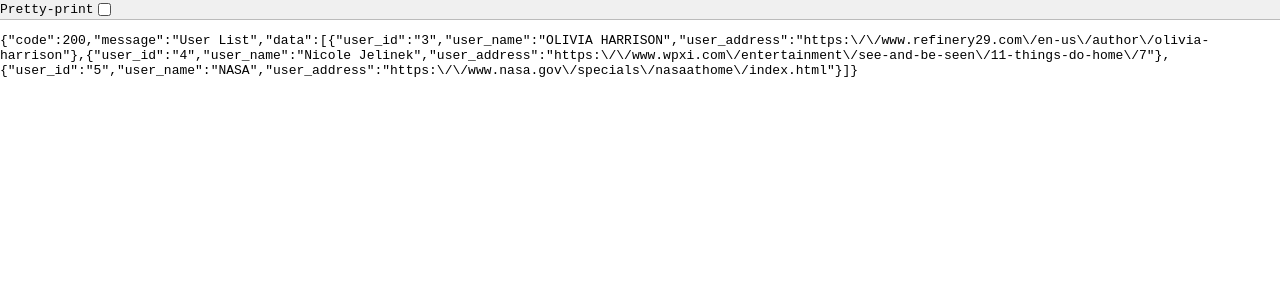
Repository: rubaabu/Fullstack-bitberry
Page: http://localhost/server/webservice.php
The author's editor kept a copy of each file at every save. The page is drawn from the files as they stood at one save, then again after the next save.
The browser window is 1280 px wide. The pictures show the whole page.
The page is run by PHP 8.4 with error messages shown; the project is at /var/www/html/. The database holds what the project's SQL file puts in it.

Above is the page before, as saved 2020-03-30 23:19:50.

### server/webservice.php
<?php

include_once './DBsetup.php';
header('Access-Control-Allow-Origin: *');
header('Content-Type: application/json; charset=UTF-8');

$conn=getConnection();

if($conn==null){
    //send response if connection error occurred.
    sendResponse(500,$conn,'Server Connection Error');
}else{
    $sql = "SELECT user_id, user_name,user_address FROM user";
    $result = $conn->query($sql);

    //check if user list available
    if ($result->num_rows > 0) {
        $users=array();
        while($row = $result->fetch_assoc()) {
            $user=array(
                "user_id" =>  $row["user_id"],
                "user_name" => $row["user_name"],
                "user_address" => $row["user_address"],

            );
            array_push($users,$user);
        }
        sendResponse(200,$users,'User List');
    } else {
        sendResponse(404,[],'User not available');
    }
    //closing connection
    $conn->close();
}


function sendResponse($resp_code,$data,$message){
        echo json_encode(array('code'=>$resp_code,'message'=>$message,'data'=>$data));
    }

### server/DBsetup.php
<?php
    function getConnection()
    {
        $host = 'localhost';
        $db_name = 'covid-19';
        $username = 'root';
        $password = '';
        $conn= new mysqli($host, $username, $password, $db_name);
        if ($conn->connect_error) {
            $conn= null;
        }
        return $conn;
    }
?>

### server/DB/bitberry.sql (the tables this page reads)
CREATE TABLE `user` (
  `user_id` int(11) NOT NULL,
  `user_name` varchar(70) NOT NULL,
  `user_address` varchar(150) NOT NULL
) ENGINE=InnoDB DEFAULT CHARSET=utf8;

INSERT INTO `user` (`user_id`, `user_name`, `user_address`) VALUES
(3, 'OLIVIA HARRISON', 'https://www.refinery29.com/en-us/author/olivia-harrison'),
(4, 'Nicole Jelinek', 'https://www.wpxi.com/entertainment/see-and-be-seen/11-things-do-home/7'),
(5, 'NASA', 'https://www.nasa.gov/specials/nasaathome/index.html');

ALTER TABLE `user`
  ADD PRIMARY KEY (`user_id`);

ALTER TABLE `user`
  MODIFY `user_id` int(11) NOT NULL AUTO_INCREMENT, AUTO_INCREMENT=6;

After the next save:
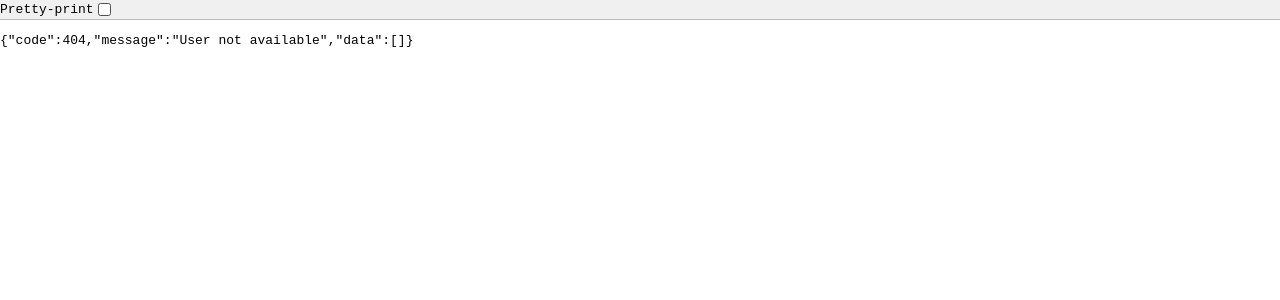
Saved 2 min 28 s later.
--- a/server/webservice.php
+++ b/server/webservice.php
@@ -10,7 +10,7 @@
     //send response if connection error occurred.
     sendResponse(500,$conn,'Server Connection Error');
 }else{
-    $sql = "SELECT user_id, user_name,user_address FROM user";
+    $sql = "SELECT user_id, user_name,user_address FROM user WHERE user_id=1";
     $result = $conn->query($sql);
 
     //check if user list available

After the save that followed:
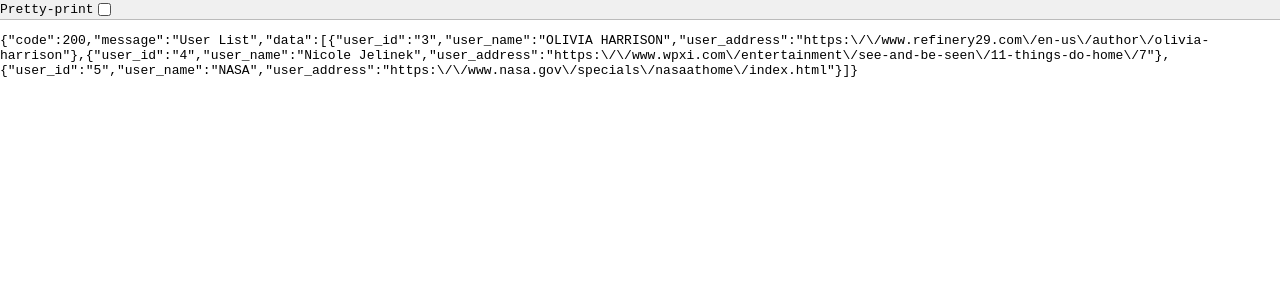
Saved 22 s later.
--- a/server/webservice.php
+++ b/server/webservice.php
@@ -10,7 +10,7 @@
     //send response if connection error occurred.
     sendResponse(500,$conn,'Server Connection Error');
 }else{
-    $sql = "SELECT user_id, user_name,user_address FROM user WHERE user_id=1";
+    $sql = "SELECT user_id, user_name,user_address FROM user";
     $result = $conn->query($sql);
 
     //check if user list available
